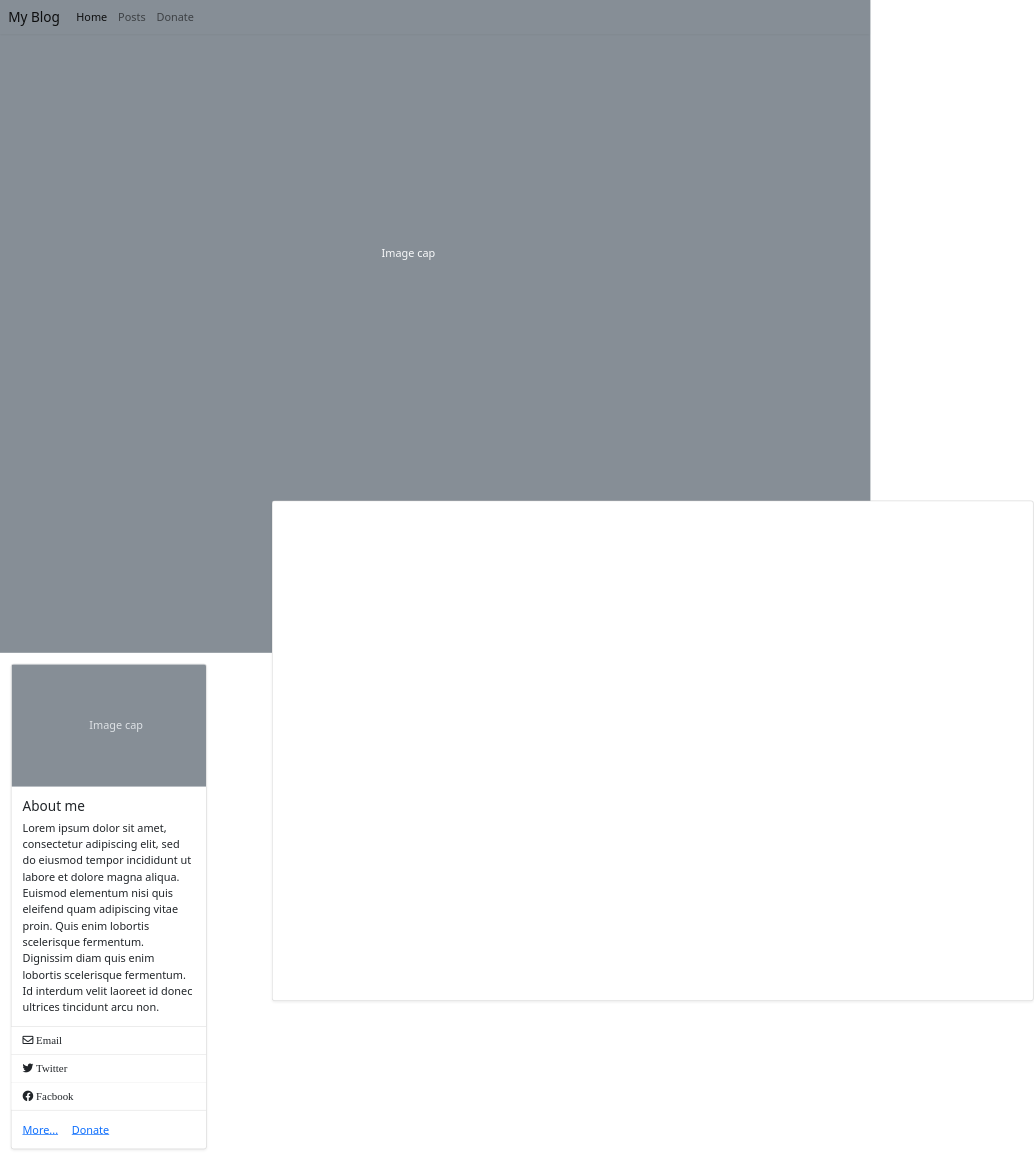
Repository: LublubXT/Azi-Tec-Team
Page: views/templates/blogs/personalblog/home.html
An editor plug-in stored every save of this project. The page is shown before and after a run of saves, followed by the edit.
The browser window is 1280 px wide. The page is 1520 px wide, then 1280 px, then 1520 px, so the pictures cover 1520 px, including what lies to the right of the window. The pictures show the whole page, at 68% of full size.

Above is the page before, as saved 2021-03-11 08:17:43.

After the next 2 saves:
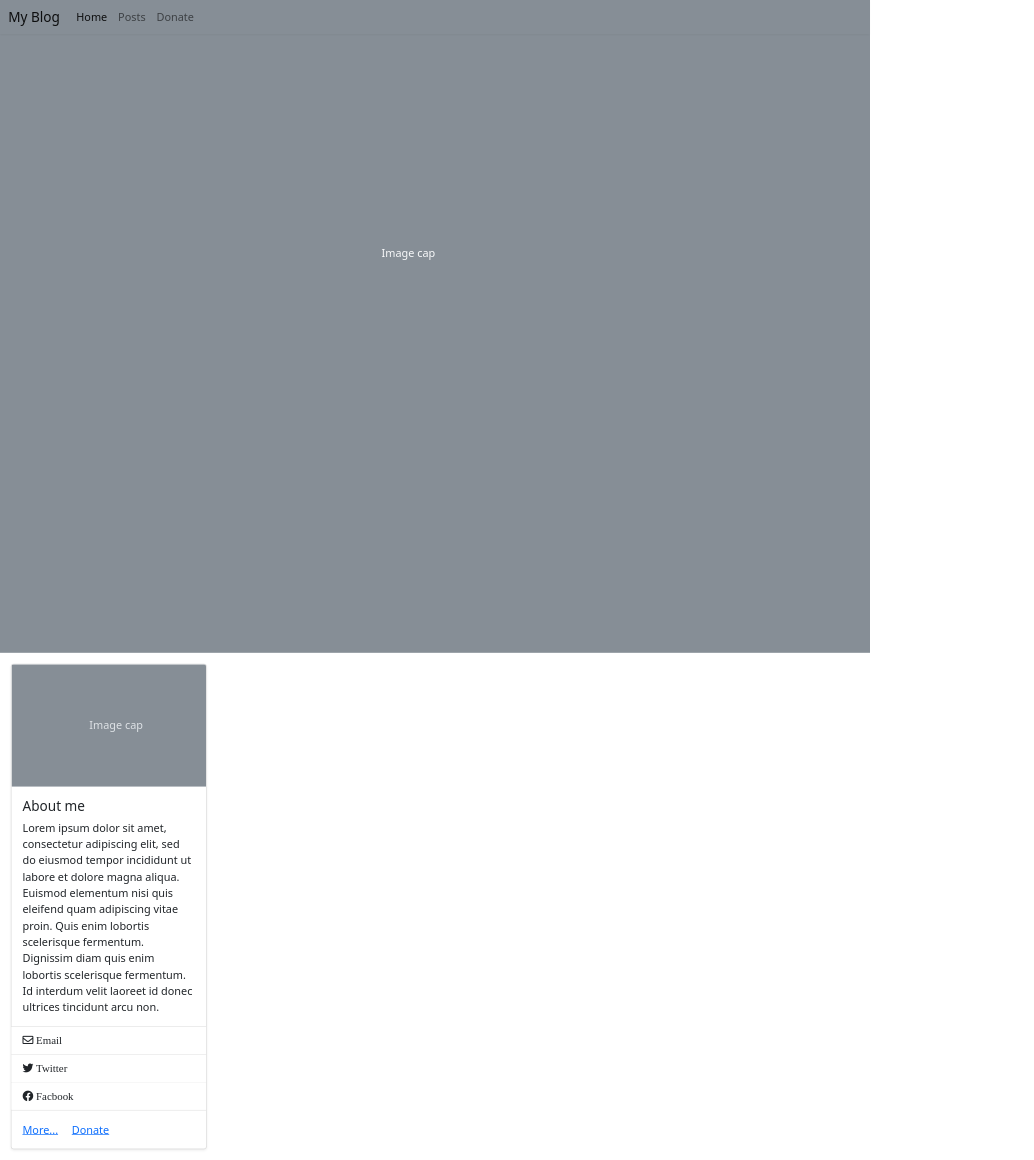
The 2 saves are shown as one change because they came seconds apart.
The last was saved 44 s later.
--- a/views/templates/blogs/personalblog/home.html
+++ b/views/templates/blogs/personalblog/home.html
@@ -69,10 +69,6 @@
                     <a href="#" class="card-link">Donate</a>
                 </div>
             </div>
-        </div>
-
-        <div class="card mx-3 my-3 float-end shadow-sm position-absolute top-100"
-            style="width: 70rem; height: 46rem; left: 24rem;">
 
         </div>
 

After the save that followed:
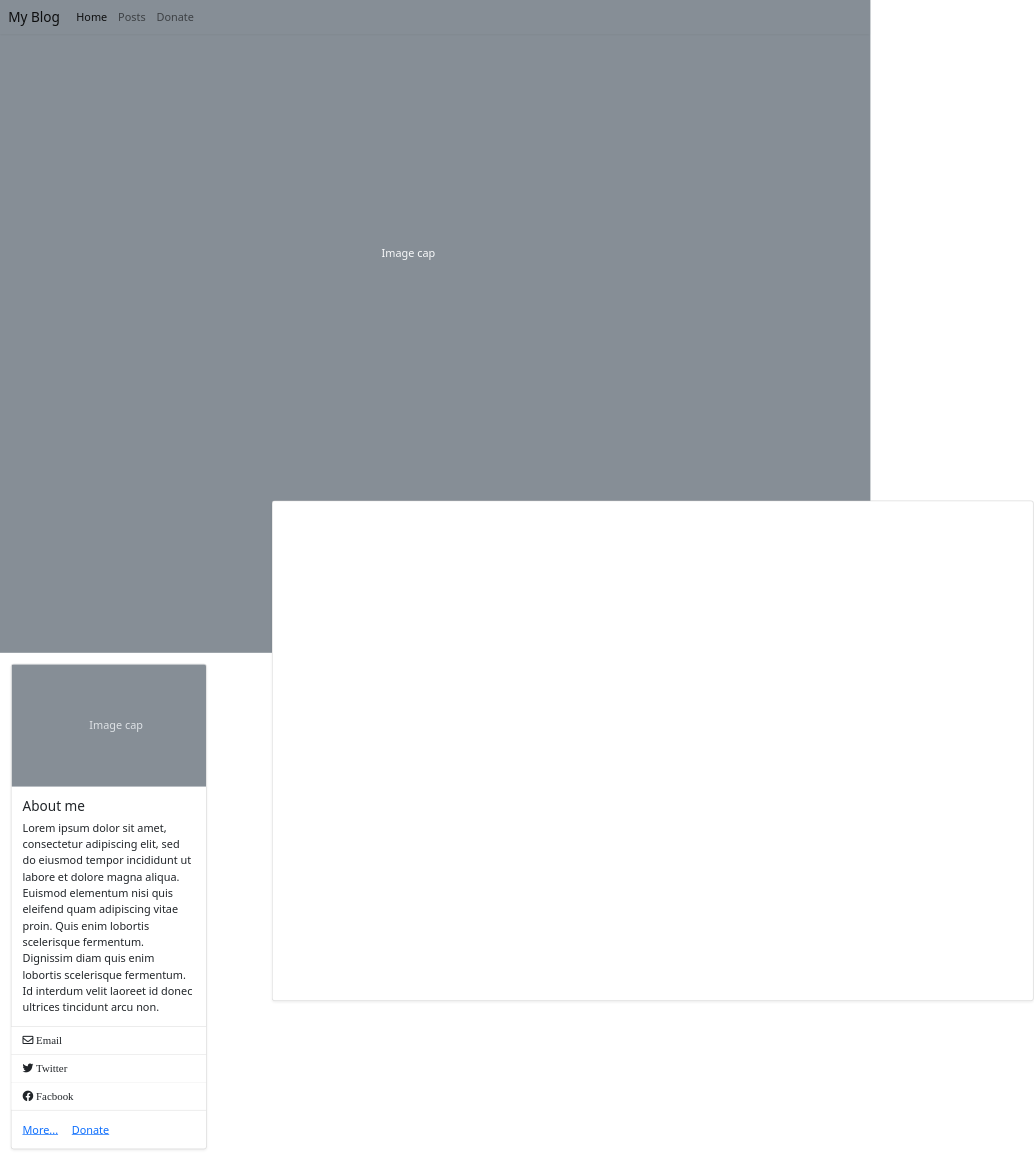
Saved 6 s later.
--- a/views/templates/blogs/personalblog/home.html
+++ b/views/templates/blogs/personalblog/home.html
@@ -69,7 +69,10 @@
                     <a href="#" class="card-link">Donate</a>
                 </div>
             </div>
+            <div class="card mx-3 my-3 float-end shadow-sm position-absolute top-100"
+                style="width: 70rem; height: 46rem; left: 24rem;">
 
+            </div>
         </div>
 
     </body>
